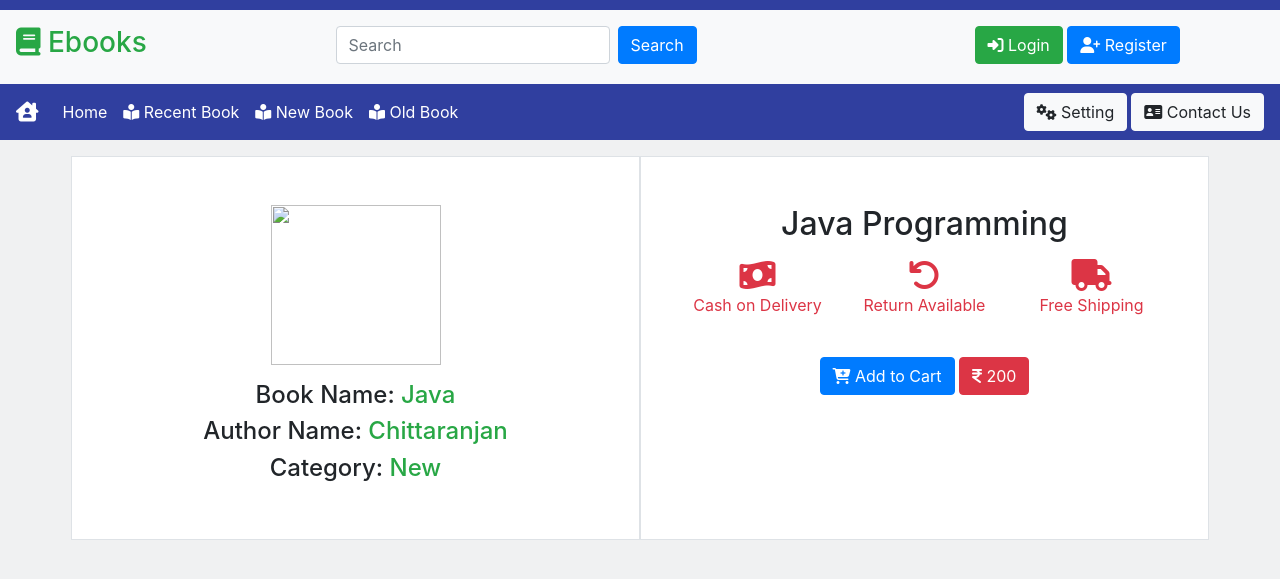
Repository: chittaranjan24/E-Books_Management_System
Page: http://localhost/Ebook-App/view_book.jsp
An editor plug-in stored every save of this project. The page is shown before and after the next save, followed by the edit.
The browser window is 1280 px wide. The pictures show the whole page.
Some web libraries are served in a nearby version. The page is served by Tomcat 9.

Above is the page before, as saved 2023-08-29 09:59:43.

After the next save:
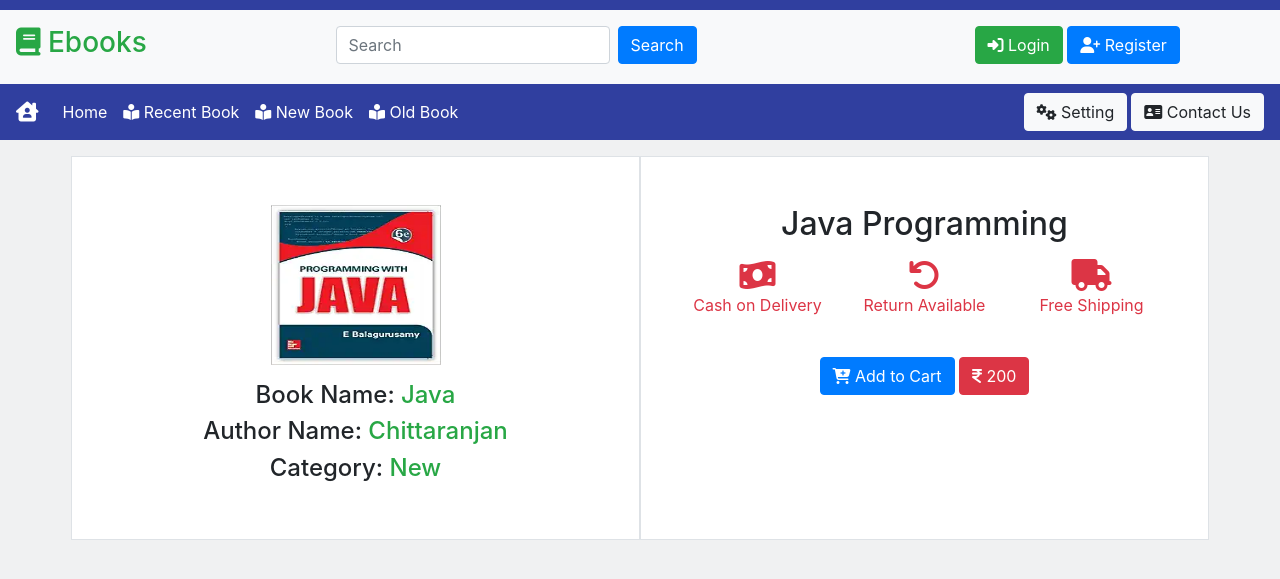
Saved 63 s later.
--- a/Ebook-App/src/main/webapp/view_book.jsp
+++ b/Ebook-App/src/main/webapp/view_book.jsp
@@ -13,7 +13,7 @@
 	<div class="container p-3">
 		<div class="row">
 			<div class="col-md-6 text-center p-5 border bg-white">
-			<img alt="" src="" style="height: 160px; width: 170px;"><br>
+			<img alt="" src="img/b.jpg" style="height: 160px; width: 170px;"><br>
 			<h4 class="mt-3">Book Name: <span class="text-success">Java</span></h4>
 			<h4>Author Name: <span class="text-success">Chittaranjan</span></h4>
 			<h4>Category: <span class="text-success">New</span></h4>
